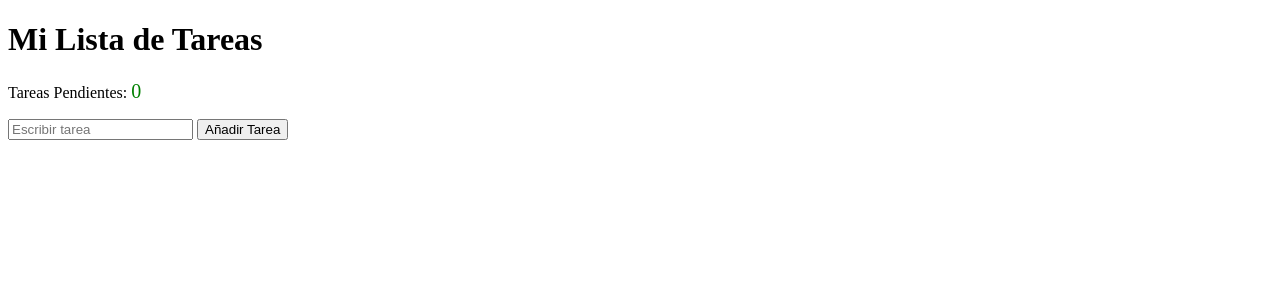
Repository: montsecg/nuclio-javascript-lecture-montse
Page: index.html
The author's editor kept a copy of each file at every save. The page is drawn from the files as they stood at one save, then again after the next save.
The browser window is 1280 px wide. The pictures show the whole page.

Above is the page before, as saved 2021-04-16 12:10:45.

After the next save:
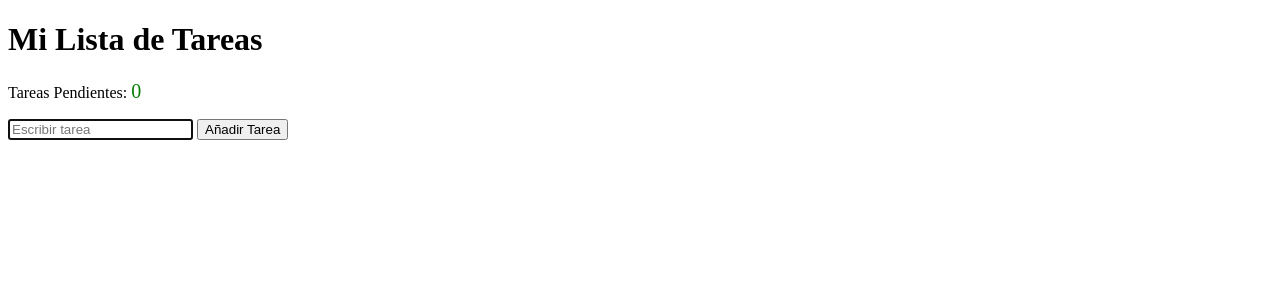
Saved 12 s later.
--- a/index.html
+++ b/index.html
@@ -14,7 +14,7 @@
     <h1 class= "title">Mi Lista de Tareas</h1>
     <p>Tareas Pendientes: <span></span></p>
     <form>
-        <input placeholder= "Escribir tarea" type="text">
+        <input placeholder= "Escribir tarea" type="text" autofocus>
         <button type="submit">Añadir Tarea</button>
     </form>
     <p class="error"></p>
